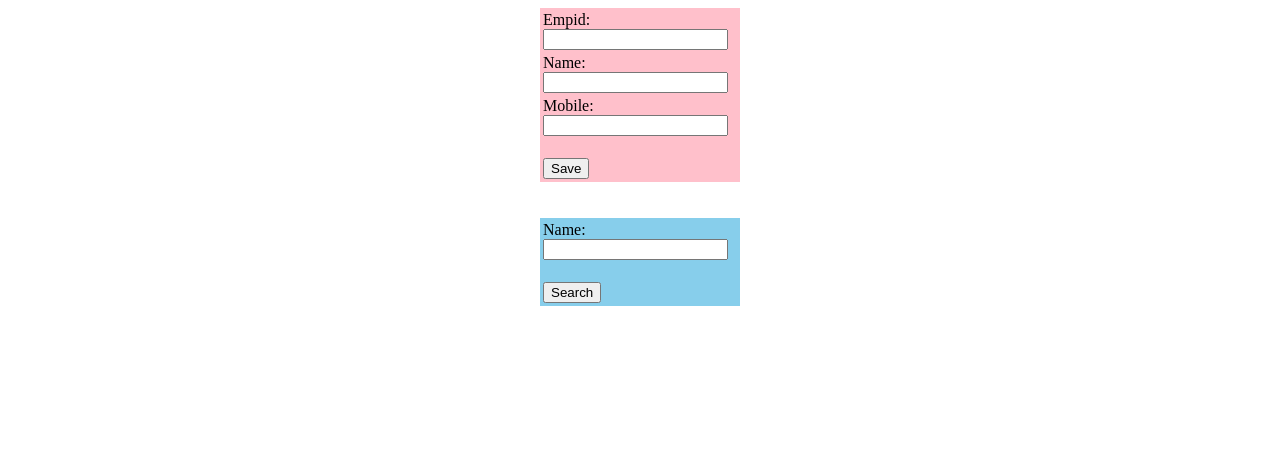
Repository: Suknaina/Repo
Page: MockServlet/src/main/webapp/Home.html
An editor plug-in stored every save of this project. The page is shown before and after the next save, followed by the edit.
The browser window is 1280 px wide. The pictures show the whole page.

Above is the page before, as saved 2023-05-23 17:19:15.

After the next save:
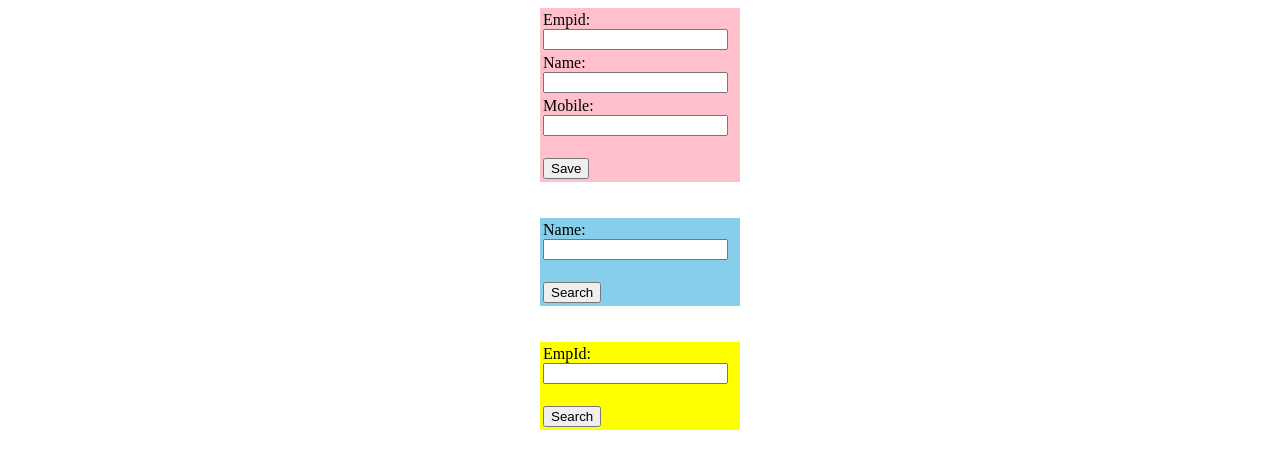
Saved 51 s later.
--- a/MockServlet/src/main/webapp/Home.html
+++ b/MockServlet/src/main/webapp/Home.html
@@ -43,6 +43,21 @@
 				</tr>
 			</table>
 		</form>
+		<br>
+		<form action="">
+			<table bgcolor="yellow" width="200px">
+			<tr>
+					<td>EmpId: <input type="text" name="empid"><br><br>
+					</td>
+				</tr>
+				<br>
+				<tr>
+					<td>
+						<button>Search</button>
+					</td>
+				</tr>
+			</table>
+		</form>
 	</center>
 </body>
 </html>
